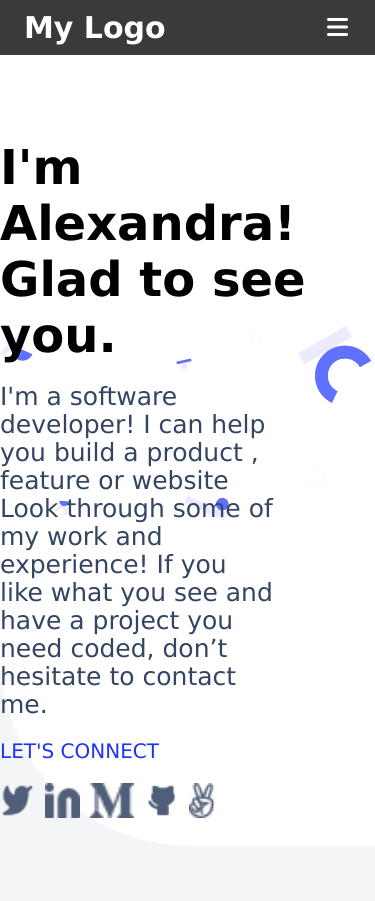
Repository: usman3123/portfolio-template-3
Page: portfolio.html
The author's editor kept a copy of each file at every save. The page is drawn from the files as they stood at one save, then again after the next save.
The browser window is 375 px wide. The pictures show the whole page.
Some web libraries are served in a nearby version.

Above is the page before, as saved 2025-01-24 22:47:01.

### portfolio.html
<!DOCTYPE html>
<html lang="en">
<head>
  <meta charset="UTF-8">
  <meta name="viewport" content="width=device-width, initial-scale=1.0">
  <title>project 2</title>
  <link rel="stylesheet" href="style.css">
  <link href='https://unpkg.com/boxicons@2.1.4/css/boxicons.min.css' rel='stylesheet'>
  <link rel="stylesheet" href="https://cdnjs.cloudflare.com/ajax/libs/font-awesome/6.6.0/css/all.min.css" integrity="sha512-Kc323vGBEqzTmouAECnVceyQqyqdsSiqLQISBL29aUW4U/M7pSPA/gEUZQqv1cwx4OnYxTxve5UMg5GT6L4JJg==" crossorigin="anonymous" referrerpolicy="no-referrer" />
  <link rel="stylesheet" href="https://cdnjs.cloudflare.com/ajax/libs/font-awesome/6.6.0/css/all.min.css" integrity="sha512-Kc323vGBEqzTmouAECnVceyQqyqdsSiqLQISBL29aUW4U/M7pSPA/gEUZQqv1cwx4OnYxTxve5UMg5GT6L4JJg==" crossorigin="anonymous" referrerpolicy="no-referrer" />

  <link rel="stylesheet" href="https://cdnjs.cloudflare.com/ajax/libs/font-awesome/6.7.2/css/all.min.css">
  <link rel="preconnect" href="https://fonts.googleapis.com">
<link rel="preconnect" href="https://fonts.gstatic.com" crossorigin>
<link href="https://fonts.googleapis.com/css2?family=Poppins:ital,wght@0,100;0,200;0,300;0,400;0,500;0,600;0,700;0,800;0,900;1,100;1,200;1,300;1,400;1,500;1,600;1,700;1,800;1,900&display=swap" rel="stylesheet">
</head>

<body>

  <!-- Navbar -->

 <div class="hero-page">
  <div class="header-div">
    <nav class="nav-bar flex">
        <h4 class="nav-heading">My Logo</h4>
        <div class="nav-links flex">
            <a href="#myportfolio">Portfolo</a>
            <a href="myabout">About</a>
            <a class="mycontact">Contact</a>
        </div>
        <i class="fa-solid fa-light fa-bars fa-xl nav-icon flex" style="color: #ffffff;"></i>
    </nav>
</div>

  <!-- Main Content -->
  <section id="myportfolio" class="hero-section flex">
    <div class="hero-content flex">
        <h1 class="hero-head"> I'm Alexandra!
          Glad to see you.
      </h1>
      <p class="hero-p">
         I'm a software developer! I can help you build a product , feature or website Look through  some of my work and experience! If you like what you see and have a project you need coded, don’t hesitate to contact me.
      </p>
     <p class="let-connect"> LET'S CONNECT</p>

      <div class="icons flex">
          <img src="/assets/twitter.png" class="media-icon">
          <img src="assets/Linkedin.png" class="media-icon">
          <img src="assets/M.png" class="media-icon">
          <img src="assets/Github.png" class="media-icon">
          <img src="assets/V.png" class="media-icon">
      </div>
    </div>
  </section>

 </div>
  <!-- Cards Section -->

  <!-- <section class="cards flex">
  </section>

  <div class="page">
    </div>
     -->


   <!-- ABOUT MYSELF -->

  <!-- <section id="myabout" class="about flex">

    <div class="about-intro flex">
      <h1 style="font-size: 40px;">About Myself</h1>
      <p class="about-paragraph">Hello I'm a software developer! I can help you build a product , feature or website Look through some of my work and experience! If you like what you see and have a project you need coded, don't hesitate to contact me.</p>
        <p class="let-connect">Let's Connect</p>
        <div class="icons flex icon-gap">
          <img src="assets/twitter.png" class="twitter">
          <img src="assets/Linkedin.png" class="inimage">
          <img src="assets/M.png" class="mimage">
          <img src="assets/Github.png" class="tomimage">
          <img src="assets/V.png" class="protocol">
      </div>
      <button class="button rsm-btn"> Get my resume</button>
    </div>

    <div class="about-skills flex">
      <div class="about-all flex">
        <p>Languages</p>
        <i class='bx bx-chevron-down'></i>
      </div>
      <div class="about-lang flex">
        <div class="about-lang-img flex">
          <i class="fa-brands fa-js" style="color: #ff0000;"></i>
          <p>JavaScript</p>
        </div>
        <div class="about-lang-img flex">
          <i class="fa-brands fa-html5" style="color: #FFD43B;"></i>
          <p>Html</p>

        </div>
        <div class="about-lang-img flex">
          <i class="fa-brands fa-css3-alt" style="color: #74C0FC;"></i>
          <p>css</p>
        </div>
      </div>
      <div class="about-all flex">
        <p> Frameworks</p>
        <i class='bx bx-chevron-right'></i>
      </div>
      <div class="about-all flex">
        <p>Skills</p>
        <i class='bx bx-chevron-right'></i>
        </div>
        </div>
        <div class="contact-section flex">
            <h4 class="contact-paragraph">I'm always interested in hearing about new projects, so if you'd like to chat please get in touch.</h4>
            <form action="submit-form" class="contact-form flex">
                <div class="names flex">
                    <input type="text" placeholder="Full name" class="first-name">
                    <input type="text" placeholder="last name" class="last-name">
      </div>
        <div class="contact-section flex">
            <h4 class="contact-paragraph">I'm always interested in hearing about new projects, so if you'd like to chat please get in touch.</h4>
            <form action="submit-form" class="contact-form flex">
                <div class="names flex">
                    <input type="text" placeholder="Full name" class="first-name">
                    <input type="text" placeholder="last name" class="last-name">
    </div>
  </section> -->

  <!-- Contact section -->

  <!-- <section id="mycontact" class="contact-section">
    <h1 class="contact-heading">Contact Me</h1>
    <p class="contact-description">
        If you have an application you are interested in developing, a feature that you need built, or a project that needs coding, I'd love to help with it!
    </p>
    <form class="contact-form">
        <input class="form-input" type="text" placeholder="Your Name">
        <input class="form-input" type="email" placeholder="Your Email">
        <textarea class="form-message" placeholder="Write your message here..."></textarea>
        <button class="form-button">Get in Touch</button>
    </form>

</section>

</main> -->

<script src="index.js"></script>
</body>
</html>

### style.css
*{
    margin: 0;
    padding: 0;
    box-sizing: border-box;
}

body {
    font-family: Verdana, Geneva, Tahoma, sans-serif;
    background-color: #f4f5f7;
}

.flex {
    display: flex;
}

.header-div {
    background-color: #3c3a39;
    width: 100%;
}

.nav-bar {
    justify-content: space-between;
    color: white;
    max-width: 1204px;
    padding: 10px 12px;
    align-items: center;
    padding: 10px 24px;
}

.nav-heading {
    font-size: 30px;
}

.nav-links {
    gap: 40px;
    align-items: center;
    font-size: 25px;
    display: none;
}
.nav-icon {
    display: flex;
    width: 24px;
}
.hero-page {
    background-color: white;
    border-bottom-left-radius: 190px;
    background-image: url(/assets/Header\ bg@2x.png);
    background-size: contain;
    max-height: 846px;
    background-position: center;
    background-repeat: no-repeat;
    max-width: 1440px;
}
.hero-section {
    height: 846px;
    align-items: center;
    justify-content: center;
    padding-left: 20%;
}
.hero-content {
    flex-direction: column;
    gap: 20px;
}
.hero-head {
    font-size: 48px;
    font-weight: 700;
    width: 35%;
}

.hero-p {
    font-size: 25px;
    line-height: 28px;
    color: #344563;

    width: 73%;
}

.let-connect {
    color: #1d32f7;
    font-size: 20px;
    font-weight: 500;
    line-height: 24px;
}

.media-icon {
    height: 35px;
}

.icons {
    gap: 10px;
}

.nav-head {
    max-width: 1440px;
    width: 100%;
}
.enable {
    color: blue;
}



@media (max-width : 1100px) {
    .hero-head {
        width: 53%;
    }
}
@media (max-width : 500px) {
    .hero-head {
        width: 100%;
    }
    .hero-section {
        padding-left: 0px;
    }
}

Loaded but not shown: index.js (no copy from this time; the picture is the same without it)

After the next save:
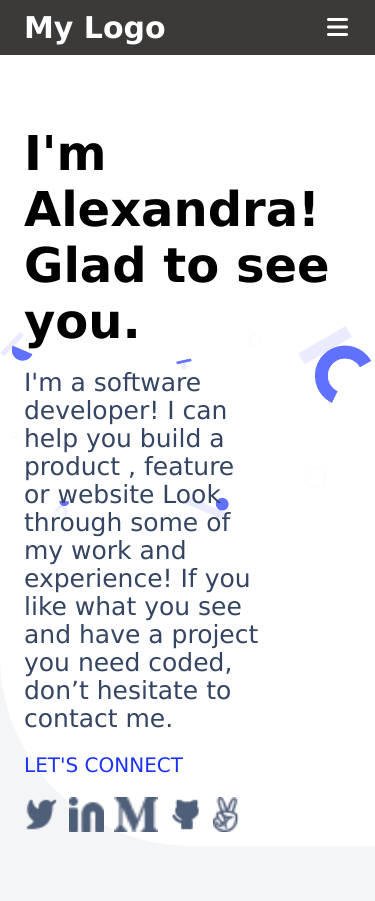
Saved 22 s later.
--- a/style.css
+++ b/style.css
@@ -110,6 +110,6 @@ body {
         width: 100%;
     }
     .hero-section {
-        padding-left: 0px;
+        padding: 24px;
     }
 }
